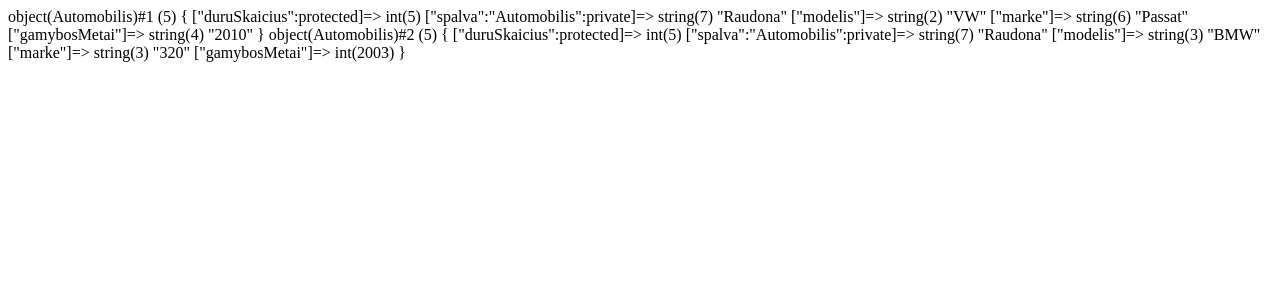
Repository: motiejus1/11-paskaita-PHP-05.31
Page: http://localhost/konstruktorius.php
The author's editor kept a copy of each file at every save. The page is drawn from the files as they stood at one save, then again after the next save.
The browser window is 1280 px wide. The pictures show the whole page.
The page is run by PHP 8.4 with error messages shown; the project is at /var/www/html/.

Above is the page before, as saved 2021-08-09 19:39:34.

### konstruktorius.php
<?php

//Funkcija(metodas) kuri pasileidzia objekto sukurimo metu - konstruktorius


//Klase
class Automobilis {
    //Modeli
    //Marke
    //Gamybos metus

    //Access modifier
    //public - kai bus sukurtas objektas, tas kintamas arba metodas bus pasiekiamas uz objekto/klases ribu
    //private - kintamasis arba metodas gali buti naudojamas tik pacioje klaseje

    //protected - kintamasis arba metodas gali buti naudojamas pacioje klaseje ir jos vaikinese klasese
    protected $duruSkaicius;
    private $spalva;
    public $modelis;
    public $marke;
    public $gamybosMetai;

    //Metodai(vidines funkcijos)
    //public
     function __construct($a, $b, $c) {
        $this->modelis = $a;
        $this->marke = $b;
        $this->gamybosMetai = $c;
        $this->spalva = "Raudona";
        $this->duruSkaicius = 5;
    }
}

//Objektas
$automobilis = new Automobilis("VW", "Passat", "2010");
$automobilis1 = new Automobilis("BMW", "320", 2003);
var_dump($automobilis);
var_dump($automobilis1);

?>

After the next save:
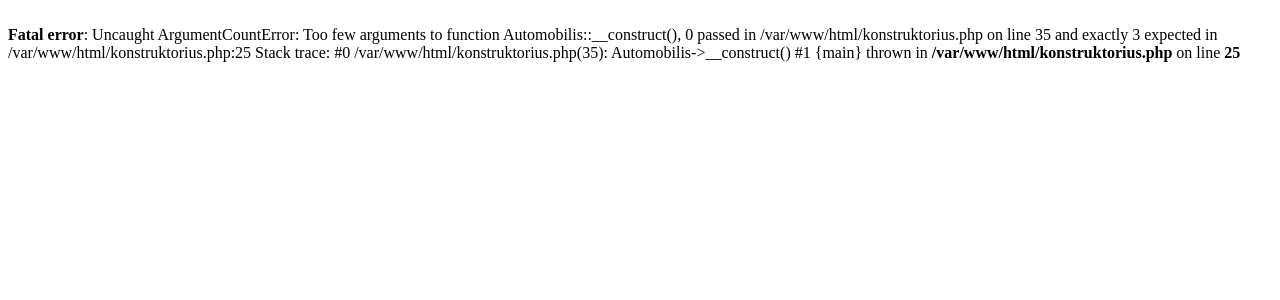
Saved 2 min 27 s later.
--- a/konstruktorius.php
+++ b/konstruktorius.php
@@ -32,7 +32,7 @@
 }
 
 //Objektas
-$automobilis = new Automobilis("VW", "Passat", "2010");
+$automobilis = new Automobilis();
 $automobilis1 = new Automobilis("BMW", "320", 2003);
 var_dump($automobilis);
 var_dump($automobilis1);
